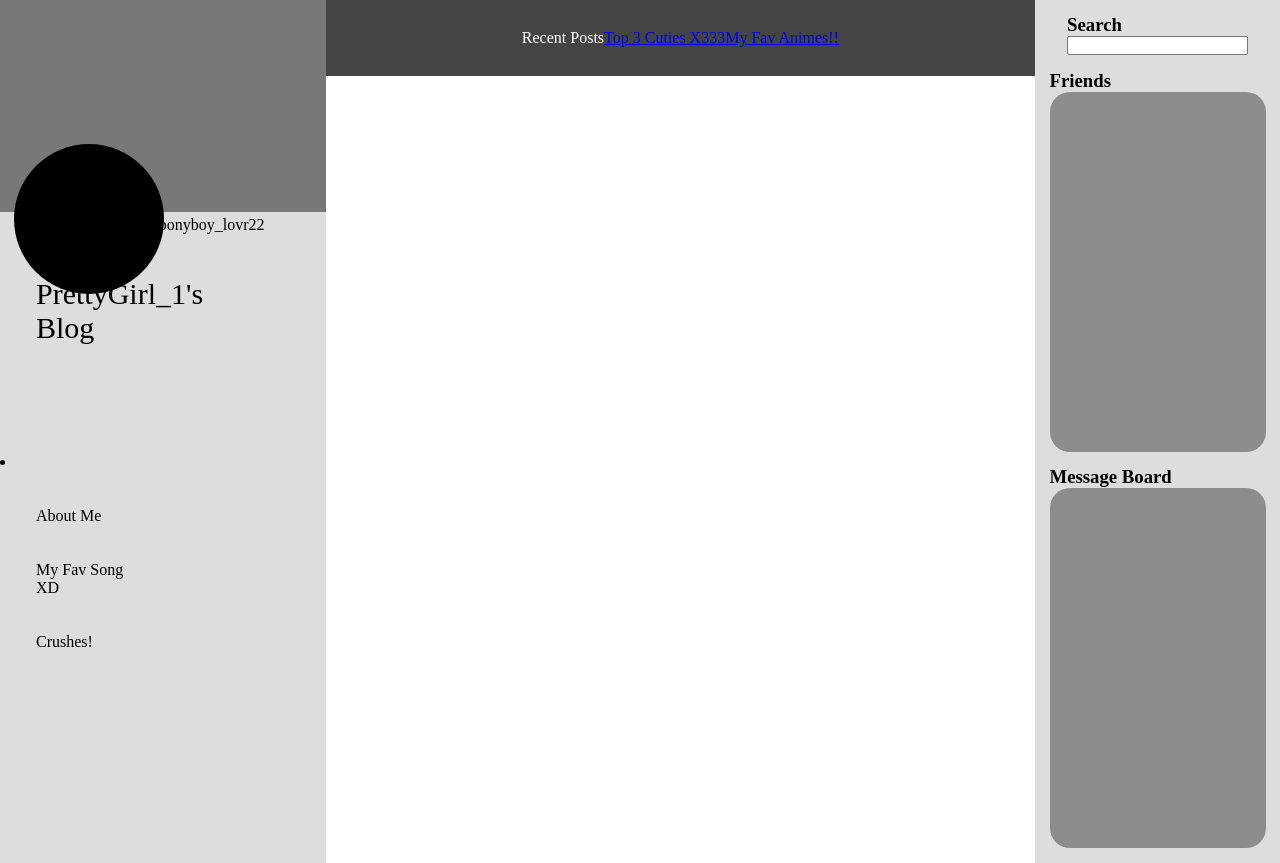
Repository: Jennica1/Frontend-Final
Page: index.html
These files come from the project's save history. The page is drawn as it stood at one moment and after the next save; the edit follows.
The browser window is 1280 px wide. The pictures show the whole page.

Above is the page before, as saved 2024-05-16 20:17:47.

After the next save:
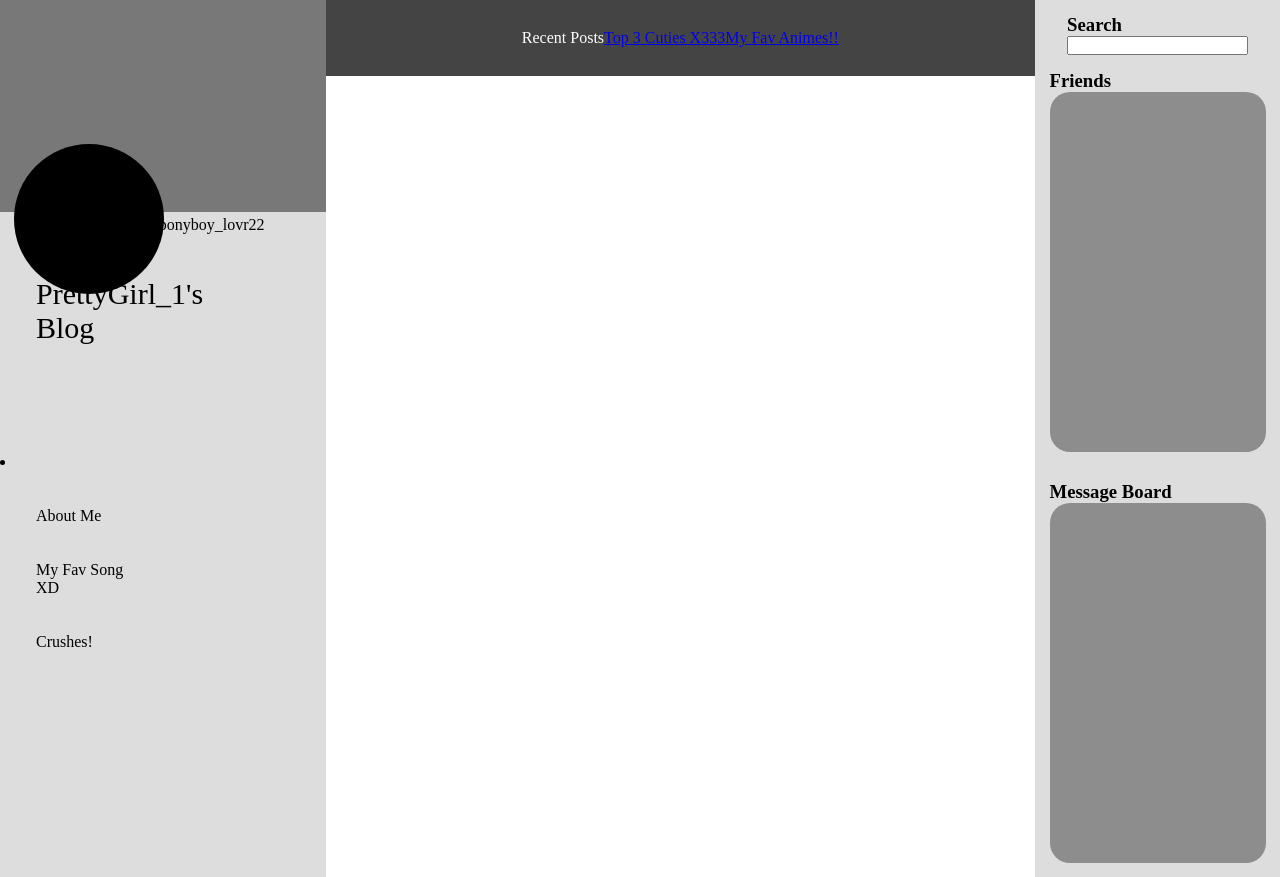
Saved 4 s later.
--- a/style.css
+++ b/style.css
@@ -102,7 +102,7 @@ margin-top: 2vh;
 }
 
 .message-board {
-margin-top: 2vh;
+margin-top: 4vh;
 }
 
 .message-board-container {
